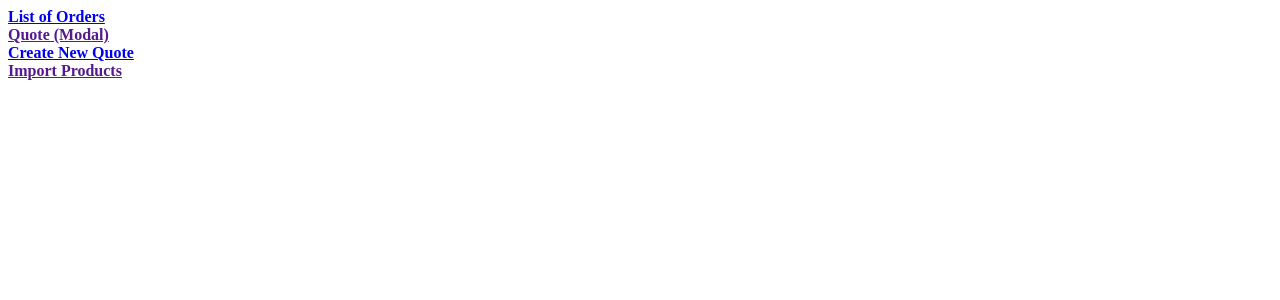
Repository: hrishibhattu/CodeFury-Internal-2
Page: ToYoDo/WebContent/WEB-INF/nav/sidebarNav.html
These files come from the project's save history. The page is drawn as it stood at one moment and after the next save; the edit follows.
The browser window is 1280 px wide. The pictures show the whole page.

Above is the page before, as saved 2021-09-19 12:05:54.

After the next save:
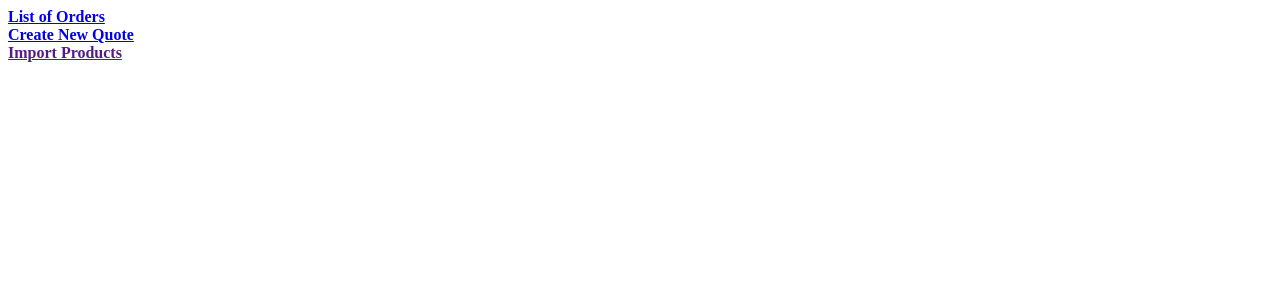
Saved 78 min 24 s later.
--- a/ToYoDo/WebContent/WEB-INF/nav/sidebarNav.html
+++ b/ToYoDo/WebContent/WEB-INF/nav/sidebarNav.html
@@ -1,9 +1,6 @@
 <div class="d-flex flex-column">
   <div class="p-2"><a href="/ToYoDo/JSP/employeeOrderList.jsp">
   	<i class="fas fa-list"></i><strong class="nav-link d-none d-lg-inline"> List of Orders</strong></a>
-  </div>
-  <div class="p-2"><a href="" data-toggle="modal" data-target="#exampleModalCenter">
-  	<i class="fas fa-plus"></i><strong class="nav-link d-none d-lg-inline"> Quote (Modal)</strong></a>
   </div>
   <div class="p-2"><a href="/ToYoDo/JSP/employeeQuote.jsp">
   	<i class="fas fa-plus"></i><strong class="nav-link d-none d-lg-inline"> Create New Quote</strong></a>
